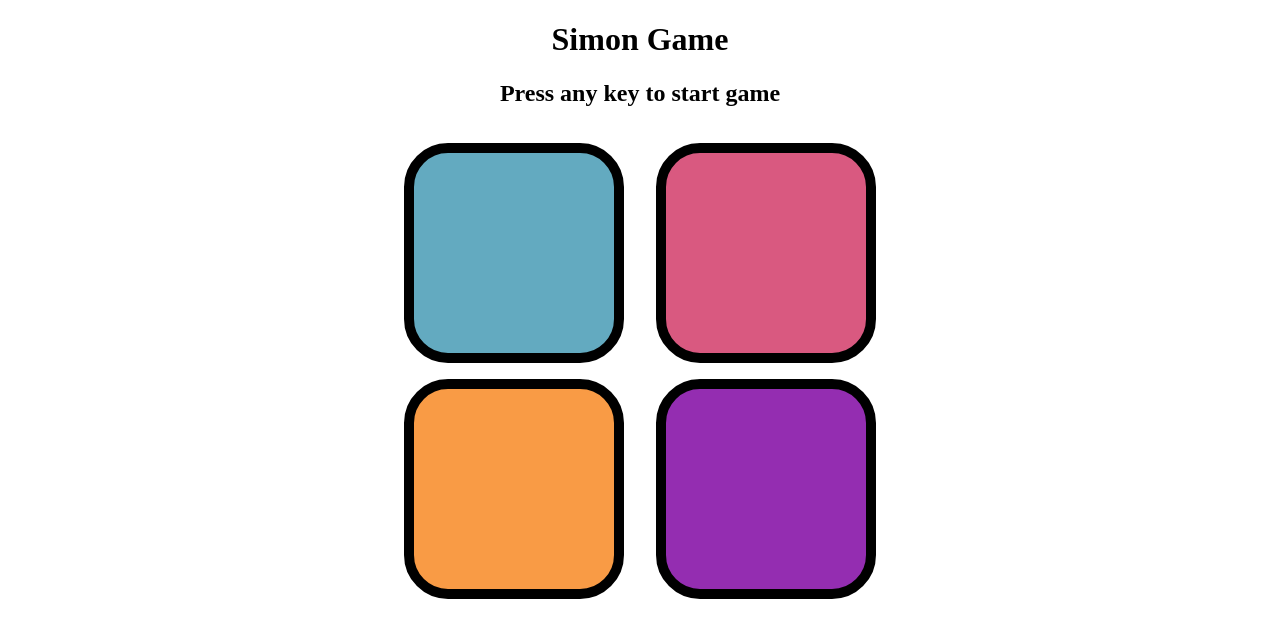
Repository: Ruchii02/javascript-mini-project
Page: index.html
An editor plug-in stored every save of this project. The page is shown before and after the next save, followed by the edit.
The browser window is 1280 px wide. The pictures show the whole page.

Above is the page before, as saved 2024-07-02 11:15:47.

After the next save:
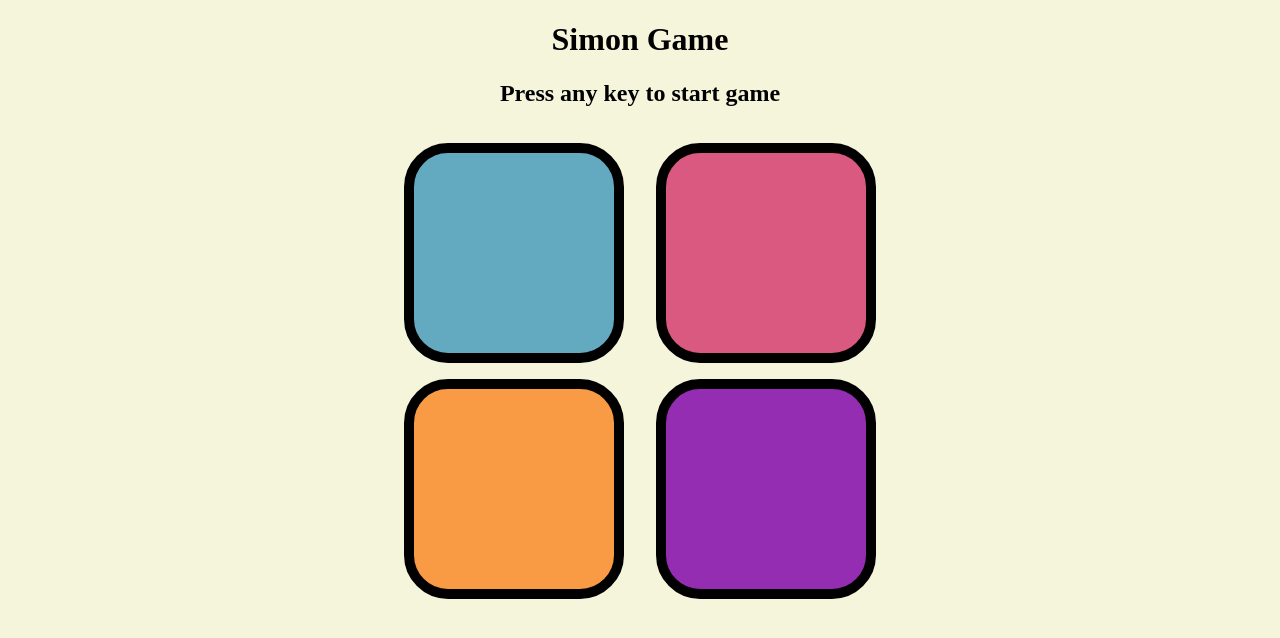
Saved 113 s later.
--- a/style.css
+++ b/style.css
@@ -1,5 +1,6 @@
 body{
     text-align: center;
+    background-color:beige
 }
 .btn{
     height: 200px;
